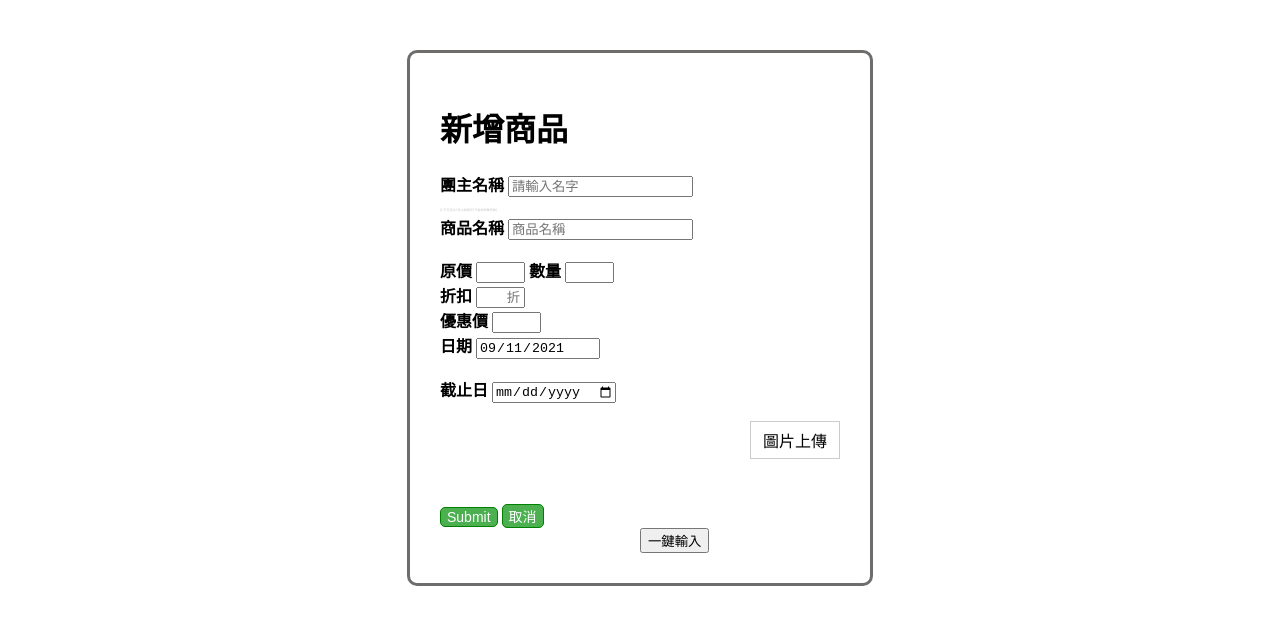
Repository: irlmpbfhvf2009/2021-09-17-Pro2-MVC
Page: http://localhost/Groupon/Manage-add.jsp
The author's editor kept a copy of each file at every save. The page is drawn from the files as they stood at one save, then again after the next save.
The browser window is 1280 px wide. The pictures show the whole page.
The page is served by Tomcat 9.

Above is the page before, as saved 2021-09-14 04:06:59.

After the next save:
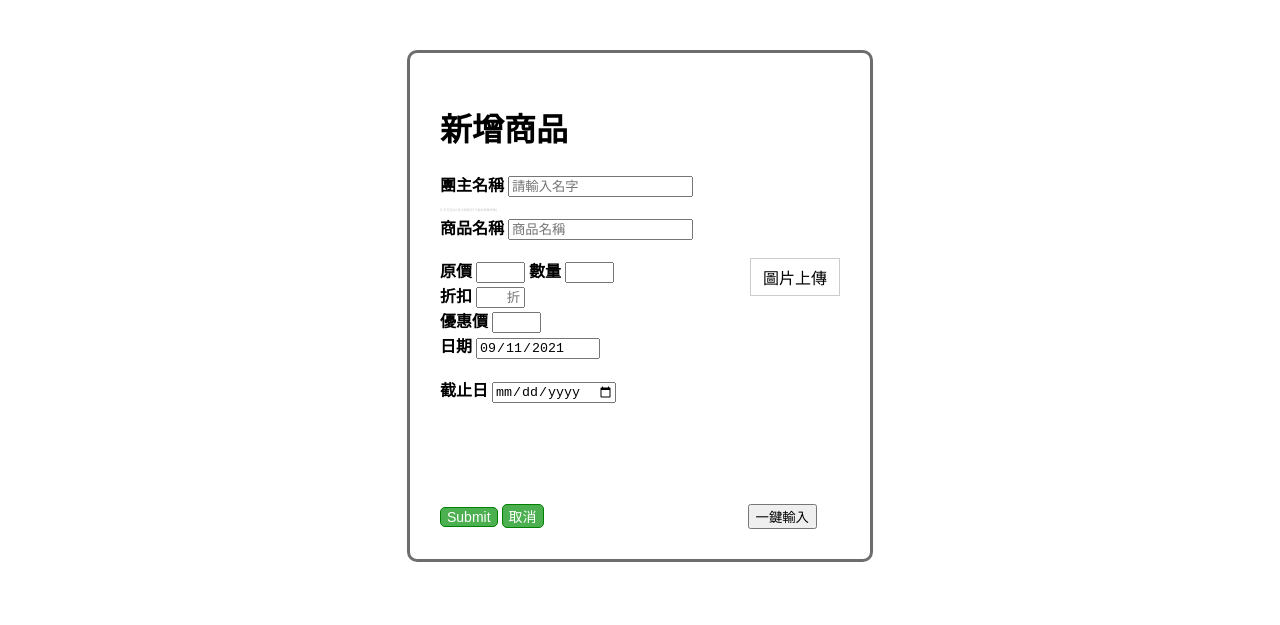
Saved 21 s later.
--- a/Groupon/src/main/webapp/Manage-add.jsp
+++ b/Groupon/src/main/webapp/Manage-add.jsp
@@ -36,7 +36,15 @@ img{float=none;}
 			<!-- 商品名稱 -->
 			<strong>商品名稱 </strong><input type="text" name="productName" required class="productname" placeholder="商品名稱">
 			<span class="spproductname"></span><br><br>
-
+						<!-- 圖片 -->
+			<div style="float:right;">
+			<label for="file-upload" class="custom-file-upload"><i class="fa fa-cloud-upload"></i> 圖片上傳</label>
+			<input id="file-upload" type="file" name="img" class="upl" />
+			    <div>
+        			<img class="preview" style="max-width: 150px; max-height: 150px;">
+       				 <div class="size"></div>
+    			</div>
+			</div>
 			<!-- 原價 -->
 			<strong>原價 </strong><input type="text" class="price" required name="price" maxlength="6" size="3">
 
@@ -56,15 +64,7 @@ img{float=none;}
 			<!-- 截止日 -->
 			<strong>截止日 </strong><input type="date" required name="deadline" size="4" id="dat" ><br><br>
 
-			<!-- 圖片 -->
-			<div style="float:right;">
-			<label for="file-upload" class="custom-file-upload"><i class="fa fa-cloud-upload"></i> 圖片上傳</label>
-			<input id="file-upload" type="file" name="img" class="upl" />
-			    <div>
-        			<img class="preview" style="max-width: 150px; max-height: 150px;">
-       				 <div class="size"></div>
-    			</div>
-			</div><br><br>
+<br><br>
 
 			<!-- 按鈕 -->
 			<input type="submit" id="sbtn" name="gSubmit" style="margin-top: 50px;" class="sgbtn">
